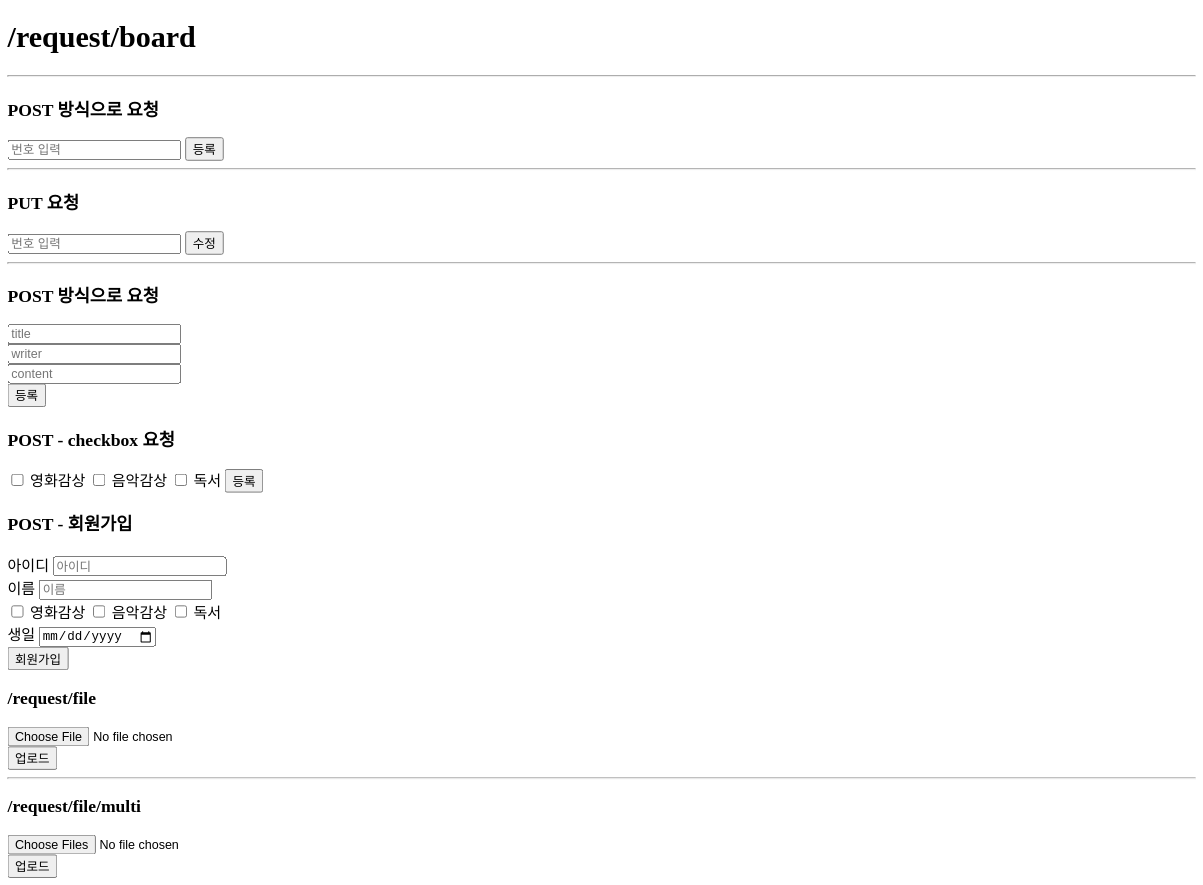
Repository: xegenie/Spring
Page: http://localhost/spring-mvc/request/board
These files come from the project's save history. The page is drawn as it stood at one moment and after a run of saves; the edit follows.
The browser window is 1280 px wide. The pictures show the whole page, at 94% of full size.
The page is served by Tomcat 9.

Above is the page before, as saved 2024-11-07 07:40:03.

After the next 2 saves:
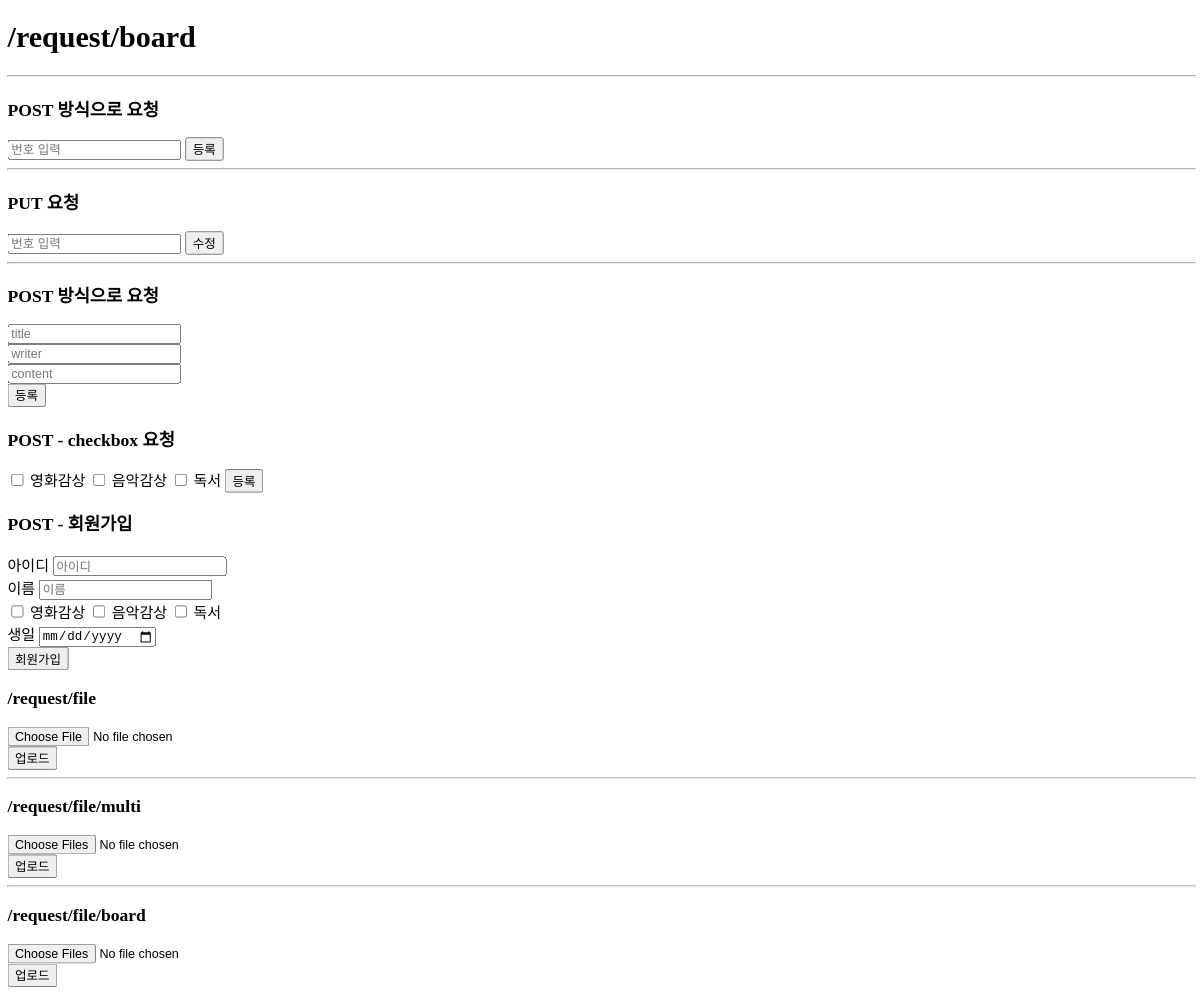
The 2 saves are shown as one change because they came seconds apart.
The last was saved 15 s later.
--- a/spring-mvc/src/main/webapp/WEB-INF/views/request/board.jsp
+++ b/spring-mvc/src/main/webapp/WEB-INF/views/request/board.jsp
@@ -97,5 +97,13 @@
 		<input type="submit" value="업로드" />
 	</form>
 
+	<hr>
+
+	<h3>/request/file/board</h3>
+	<form action="${ pageContext.request.contextPath }/request/file/multi" method="POST" enctype="multipart/form-data">
+		<input type="file" name="file" multiple /> <br>
+		<input type="submit" value="업로드" />
+	</form>
+
 </body>
 </html>
